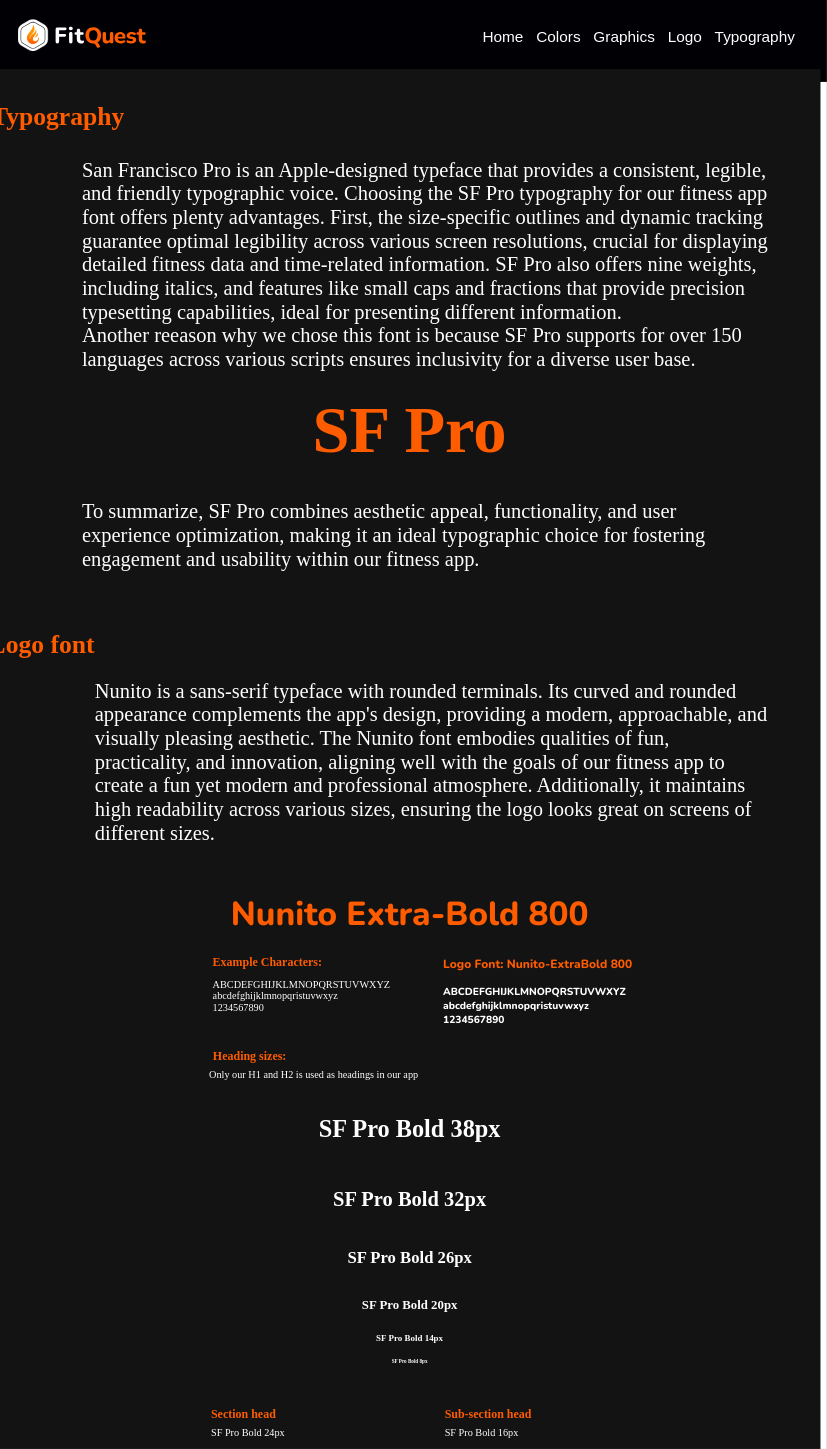
Repository: KyannaKrueger/a5styleguide
Page: /typography
These files come from the project's save history. The page is drawn as it stood at one moment and after the next save; the edit follows.
The browser window is 1280 px wide. The page is 1292 px wide, so the pictures cover 1292 px, including what lies to the right of the window. The pictures show the whole page, at 64% of full size.
The project was rebuilt for these pictures with package versions that can differ from the ones it lists, and the page was loaded fresh each time. The framework's server and built-in components were replaced by stand-ins that run in the browser. Also part of the build but not shown: next.config.mjs.

Above is the page before, as saved 2024-04-07 20:11:31.

After the next save:
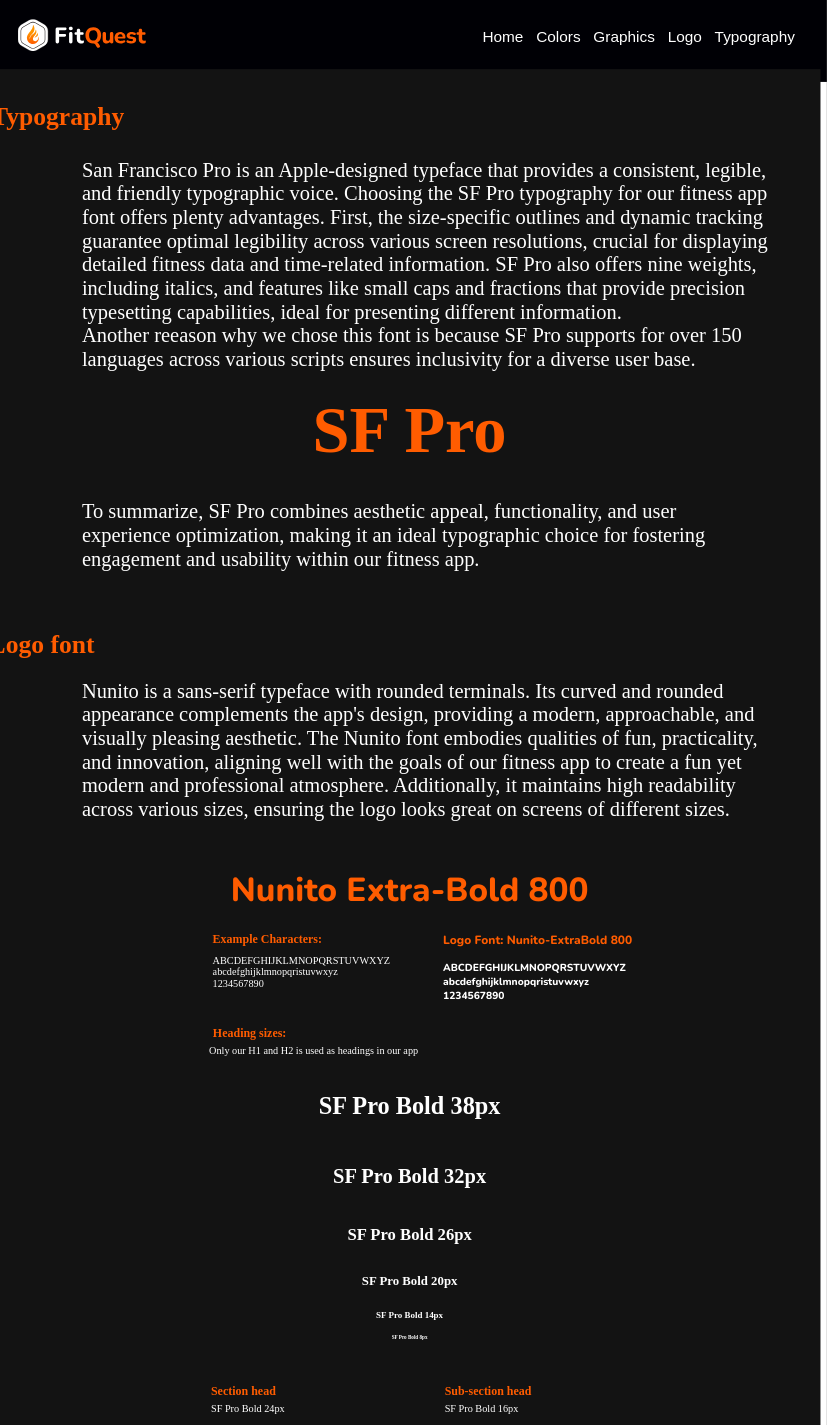
Saved 9 s later.
--- a/styles/typography.module.css
+++ b/styles/typography.module.css
@@ -51,7 +51,7 @@
     font-size: 32px;
     padding: 80px;
     margin-top: -30px;
-    margin-left: 70px;
+    margin-left: 50px;
   }
 
   .bigNuni{
